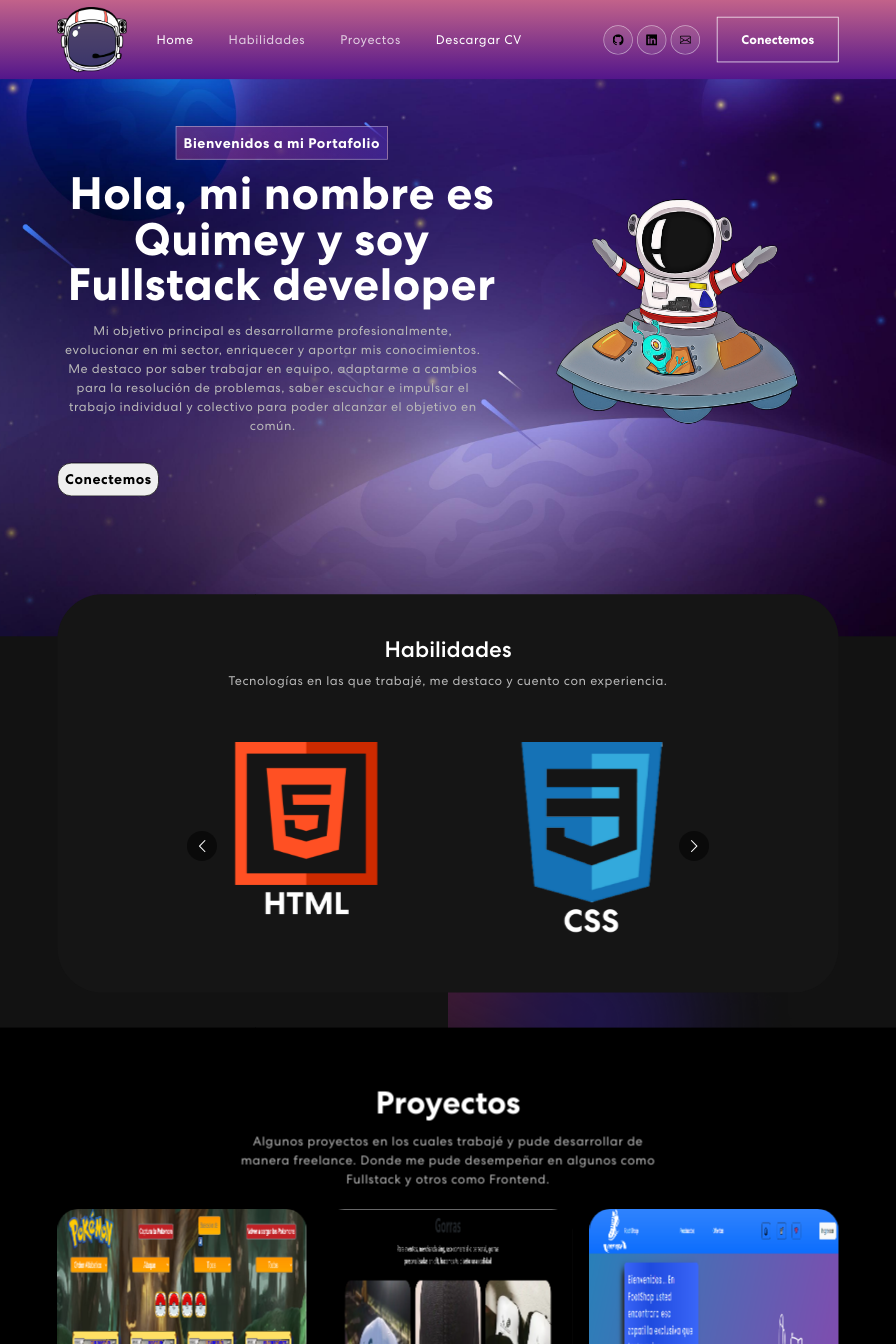
Repository: QuimeyAlejo/Portafolio-V2
Page: /
The author's editor kept a copy of each file at every save. The page is drawn from the files as they stood at one save, then again after the next save.
The browser window is 1280 px wide. The pictures show the part of the page from y = 0 to 1920 px (the page is 3204 px tall before and 3231 px after), at 70% of full size.
The project was rebuilt for these pictures with package versions that can differ from the ones it lists, and the page was loaded fresh each time. Imported but missing from the stored project, and not drawn on this page: src/components/Curriculum/QuimeyAlejoLopezDeveloper.pdf.

Above is the page before, as saved 2023-09-27 17:41:32.

After the next save:
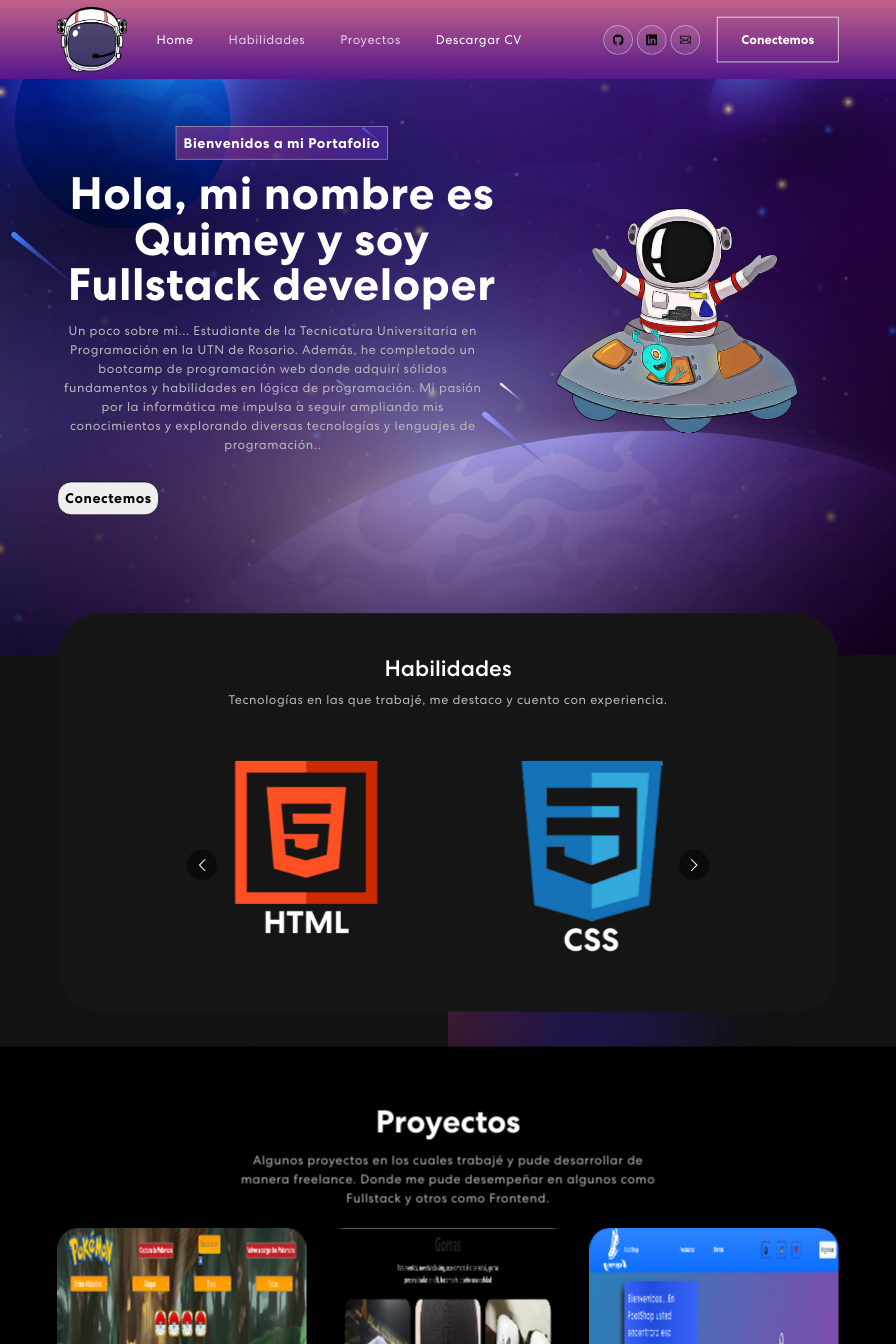
Saved 214 days later.
--- a/src/components/Banner/Banner.jsx
+++ b/src/components/Banner/Banner.jsx
@@ -64,12 +64,10 @@
                 <span className={styles.wrap}>{text}</span>
               </h1>
               <p>
-                Mi objetivo principal es desarrollarme profesionalmente,
-                evolucionar en mi sector, enriquecer y aportar mis
-                conocimientos. Me destaco por saber trabajar en equipo,
-                adaptarme a cambios para la resolución de problemas, saber
-                escuchar e impulsar el trabajo individual y colectivo para poder
-                alcanzar el objetivo en común.{" "}
+              Un poco sobre mi... Estudiante de la Tecnicatura Universitaria en Programación en la UTN de Rosario. Además, he
+completado un bootcamp de programación web donde adquirí sólidos fundamentos y habilidades en
+lógica de programación. Mi pasión por la informática me impulsa a seguir ampliando mis
+conocimientos y explorando diversas tecnologías y lenguajes de programación..{" "}
               </p>
               <a href='mailto:qalopez2000@gmail.com'>
                 <button>Conectemos</button>

After the save that followed:
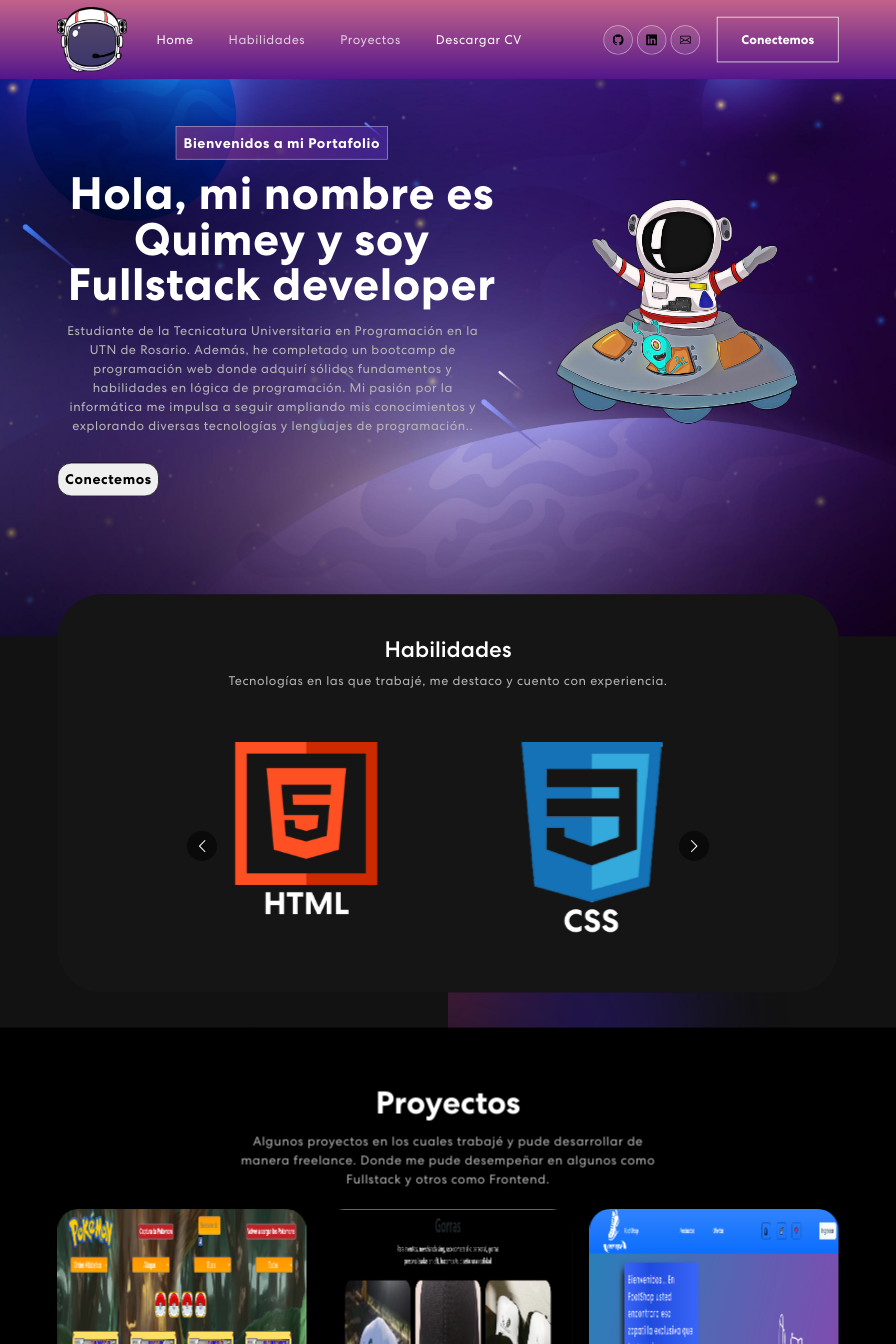
Saved 41 s later.
--- a/src/components/Banner/Banner.jsx
+++ b/src/components/Banner/Banner.jsx
@@ -64,7 +64,7 @@
                 <span className={styles.wrap}>{text}</span>
               </h1>
               <p>
-              Un poco sobre mi... Estudiante de la Tecnicatura Universitaria en Programación en la UTN de Rosario. Además, he
+             Estudiante de la Tecnicatura Universitaria en Programación en la UTN de Rosario. Además, he
 completado un bootcamp de programación web donde adquirí sólidos fundamentos y habilidades en
 lógica de programación. Mi pasión por la informática me impulsa a seguir ampliando mis
 conocimientos y explorando diversas tecnologías y lenguajes de programación..{" "}
